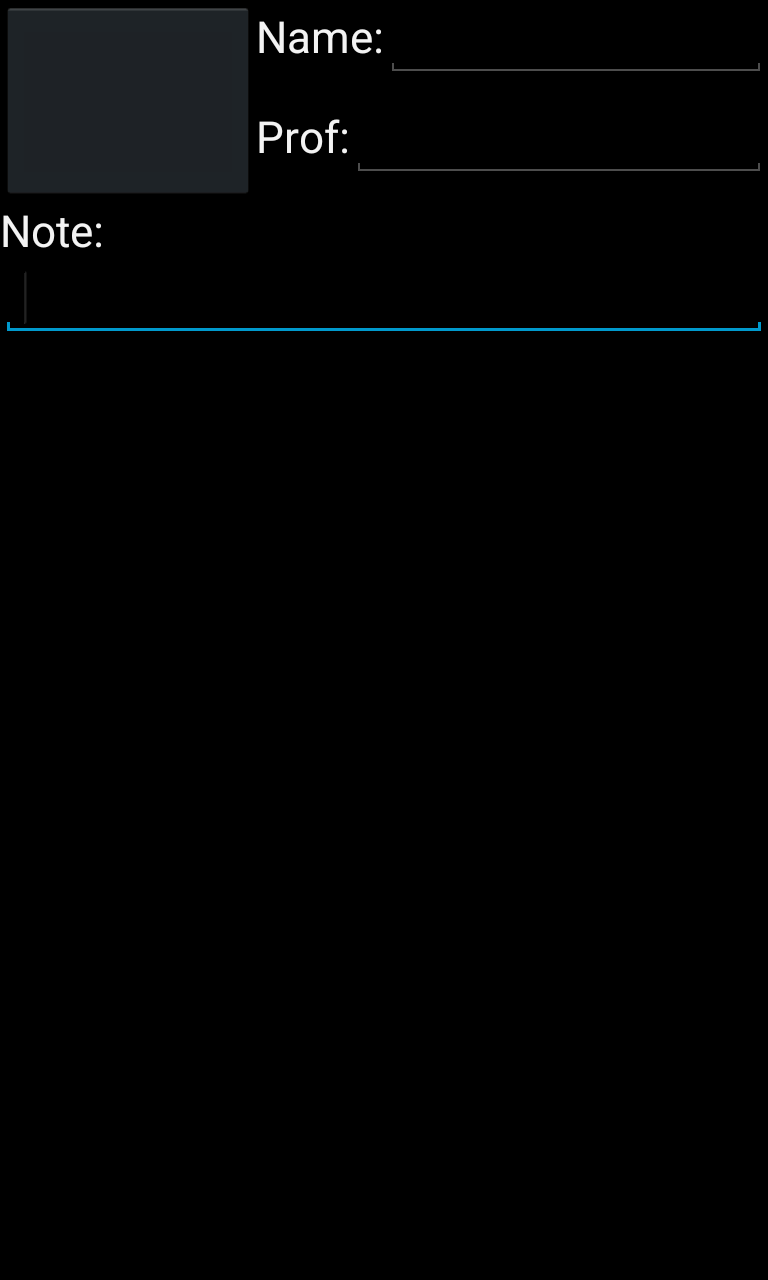
Repository: prayasjain/BunkMonitorApp
Layout: BunkMonitor/res/layout/subject_input.xml
The author's editor kept a copy of each file at every save. The layout is drawn from the files as they stood at one save, then again after the next save.
It is drawn on a 768 x 1280 px phone screen (xhdpi) without system bars, with theme android:Theme.Holo; the app's code is not run.

Above is the layout before, as saved 2015-08-05 11:03:31.

After the next save:
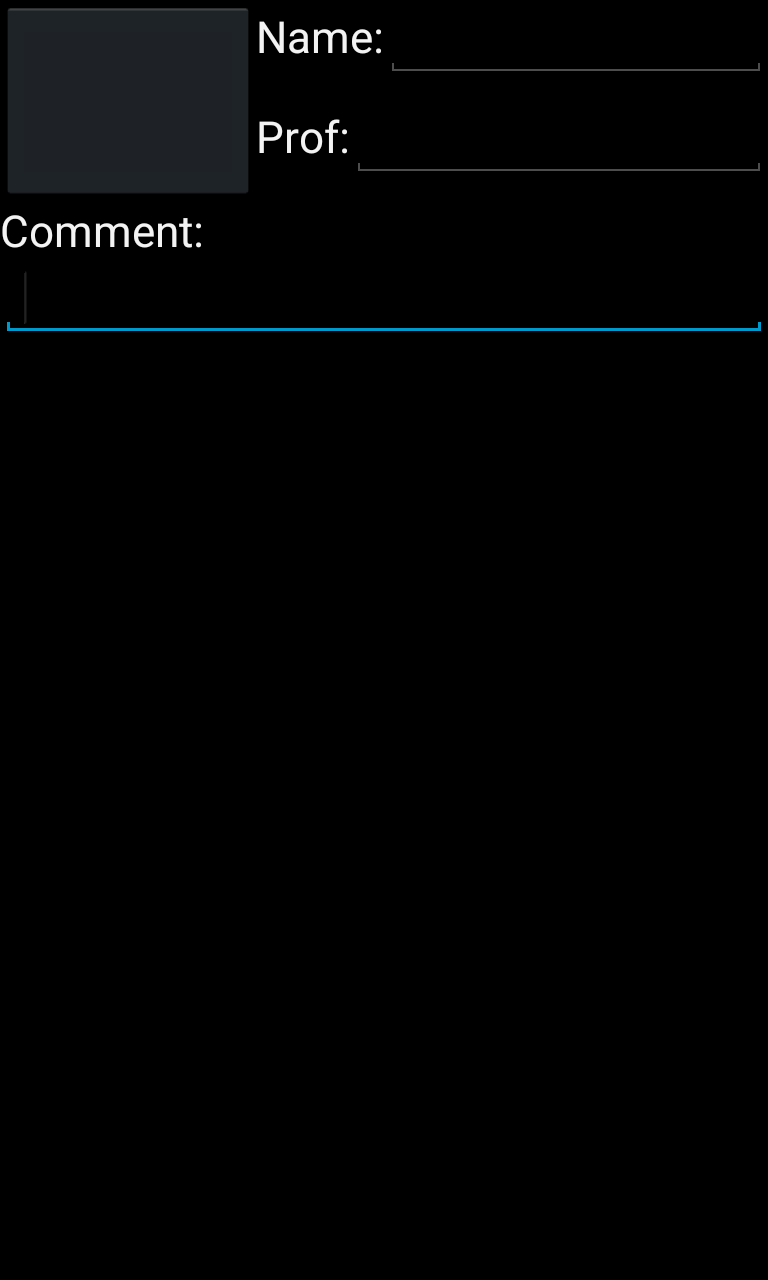
Saved 6 s later.
--- a/BunkMonitor/res/layout/subject_input.xml
+++ b/BunkMonitor/res/layout/subject_input.xml
@@ -67,7 +67,7 @@
 
         android:layout_width="wrap_content"
         android:layout_height="wrap_content"
-        android:text="Note:"
+        android:text="Comment:"
         android:textAppearance="?android:attr/textAppearanceLarge" />
 
     <EditText
